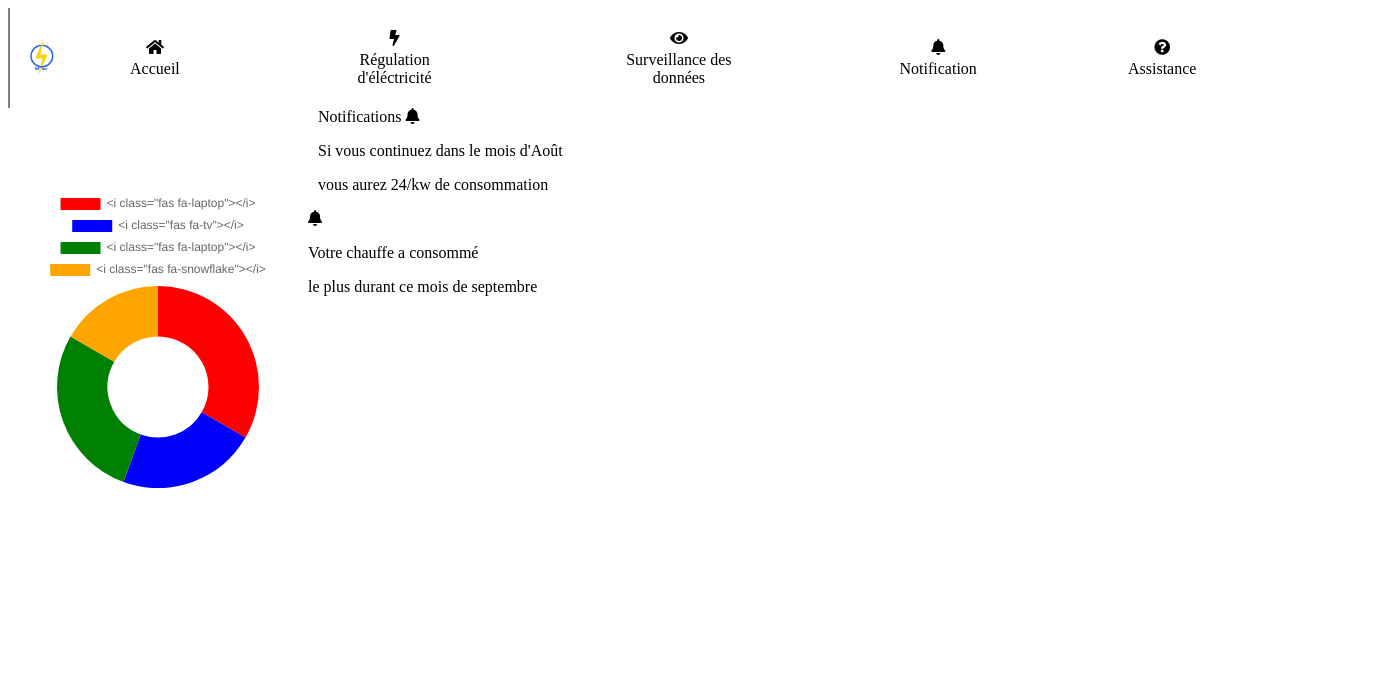
Repository: hamdia200/OSC-Ecowiz
Page: http://localhost/accueil
These files come from the project's save history. The page is drawn as it stood at one moment and after the next save; the edit follows.
The browser window is 1280 px wide. The page is 1280 px wide, then 1379 px, so the pictures cover 1379 px, including what lies to the right of the window. The pictures show the whole page.
The page is served by the project's Laravel application, run on PHP 8.4 with Laravel 10. Other server files are loaded and not shown.

Above is the page before, as saved 2023-08-18 13:41:39.

### routes/web.php
<?php

use Illuminate\Support\Facades\Route;

/*
|--------------------------------------------------------------------------
| Web Routes
|--------------------------------------------------------------------------
|
| Here is where you can register web routes for your application. These
| routes are loaded by the RouteServiceProvider and all of them will
| be assigned to the "web" middleware group. Make something great!
|
*/

Route::get('/', function () {
    return view('welcome');
});

Route::get('/centrale', function () {
    return view('centrale');
});
Route::get('/accueil', function () {
    return view('accueil');
});
Route::get('/inscription', function () {
    return view('inscription');
});
Route::get('/login', function () {
    return view('login');
});
Route::get('/regulation', function () {
    return view('regulation');
});

### resources/views/accueil.blade.php
@extends ("menu")
@section('content')
<div class="container">
<meta charset="UTF-8">
    <meta name="viewport" content="width=device-width, initial-scale=1.0">
    <link rel="stylesheet" href="https://cdnjs.cloudflare.com/ajax/libs/font-awesome/5.15.3/css/all.min.css">
    <script src="https://cdn.jsdelivr.net/npm/chart.js"></script>
    <title>Accueil</title>
    <style>


        .content{
            margin-top: 5rem;
            height: auto;
            float: left;
        }
        .notification-container {
            width: 100%;
            text-align: center;
            margin-top: 20px;
        }



        .alert {
            display: inline-block;
            margin: 0 10px;
        }

    </style>
    <body>
                <div class="row">
                    <div class="col-md-6">
                        <div class="row">
                            <div class="col-xl-3">
                                <div class="content">
                                    <canvas id="myCustomChart"></canvas>
                                </div>

                            </div>

                        </div>

                    </div>

                    <div class="row">
                        <div class="col-xl-3">
                            <div class="notifications-container">
                                <div class="alert">Notifications
                                    <i class="fas fa-bell"></i>
                                    <p> Si vous continuez dans le mois d'Août </p> <p> vous aurez 24/kw de consommation </p>
                                </div>

                                <div class="notifications2">
                                    <i class="fas fa-bell"></i>
                                        <p> Votre chauffe a consommé </p> <p> le plus durant ce mois de septembre </p>
                                <div>

                            </div>
                        </div>
                    </div>
                </div>


                <script>
                    var ctx = document.getElementById('myCustomChart').getContext('2d');
                    var data = {
                        labels: ['<i class="fas fa-laptop"></i>', '<i class="fas fa-tv"></i>', '<i class="fas fa-laptop"></i>', '<i class="fas fa-snowflake"></i>'],
                        datasets: [{
                            data: [30, 20, 25, 15],
                            backgroundColor: [
                                'red',
                                'blue',
                                'green',
                                'orange'
                            ],
                                // hoverBackgroundColor: [
                                // 'url(chemin_vers_image_appareil_1)',
                                // 'url(chemin_vers_image_appareil_2)',
                                // 'url(chemin_vers_image_appareil_3)',
                                // 'url(chemin_vers_image_appareil_4)'
                                // ],
                                borderWidth: 0,
                                hoverBorderWidth: 0
                        }],
                    };

                    var options = {
                        responsive: true,
                        maintainAspectRatio: false,

                    };

                    var myChart = new Chart(ctx, {
                        type: 'doughnut',
                        data: data,
                        options: options,
                    });
                </script>
        </div>
    </body>

    </html>
</div>
@endsection

### resources/views/menu.blade.php
<!DOCTYPE html>
<html>
    <head>
        <meta charset="UTF-8">
        <meta name="viewport" content="width=device-width, initial-scale=1.0">
        <link rel="stylesheet" href="{{asset('bootstrap-5/css/bootstrap.min.css')}}">
        <link rel="stylesheet" href="{{asset('icofont/icofont.min.css')}}">
        <link rel="stylesheet" href="https://cdnjs.cloudflare.com/ajax/libs/font-awesome/5.15.3/css/all.min.css">

        <title>menu</title>
        <style>
        .menu-horizontal {
            list-style-type: none;
            display: flex;
            align-items: center; /* Aligne les éléments au centre horizontalement */
            padding: 0;
            margin: 0;
            border-left: 2px solid gray;
            border-top: none;
            background-color: white;
            height:100px;
        }

        .menu-horizontal li{
            margin: 0 2cm;
            padding: 0;
        }

        .menu-item {
            display: flex;
            flex-direction: column;
            align-items: center;
            justify-content: center;
            border-left: 2p;
        }

        .menu-icon {
            width: 50px;
            height: 50px;
        }

        .menu-text {
            font-size: 16px;
            margin-top: 5px;
            text-align: center;
        }
        .logo {
            padding-left: 20px;
            height: 35px;
        }
        </style>
    </head>

    <body>
        <header>
                <ul class="menu-horizontal fixed-top">
                    <div class="header">
                        <img src="{{asset('/image/ecow.png')}}" alt="" class="logo">
                    </div>
                    <li>
                        <span class="menu-item">
                            <!-- <img src="{{asset('image/elect.png') }}" alt="Icone 1" class="menu-icon"> -->
                            <i class="fas fa-home"></i><span class="menu-text">Accueil</span>
                        </span>
                    </li>
                    <li>
                        <span class="menu-item">
                            <!-- <img src="{{asset('image/donnee.png') }}" alt="Icone 1" class="menu-icon"> -->
                            <i class="fas fa-bolt"></i><span class="menu-text">Régulation d'éléctricité </span>
                        </span>
                    </li>

                    <li>
                        <span class="menu-item">
                            <!-- <img src="{{asset('image/donnee.png') }}" alt="Icone 1" class="menu-icon"> -->
                            <i class="fas fa-eye"></i><span class="menu-text">Surveillance des données </span>
                        </span>
                    </li>
                    <li>
                        <span class="menu-item">
                            <!-- <img src="{{asset('image/sup.png') }}" alt="Icone 1" class="menu-icon"> -->
                            <i class="fas fa-bell"></i><span class="menu-text">Notification</span>
                        </span>
                    </li>
                    <li>
                        <span class="menu-item">
                            <!-- <img src="{{asset('image/assist.png') }}" alt="Icone 1" class="menu-icon"> -->
                            <i class="fas fa-question-circle"></i><span class="menu-text">Assistance</span>
                        </span>
                    </li>
                </ul>

        </header>
        <div class="container">
                @yield('content')
        </div>

    </body>


</html>

After the next save:
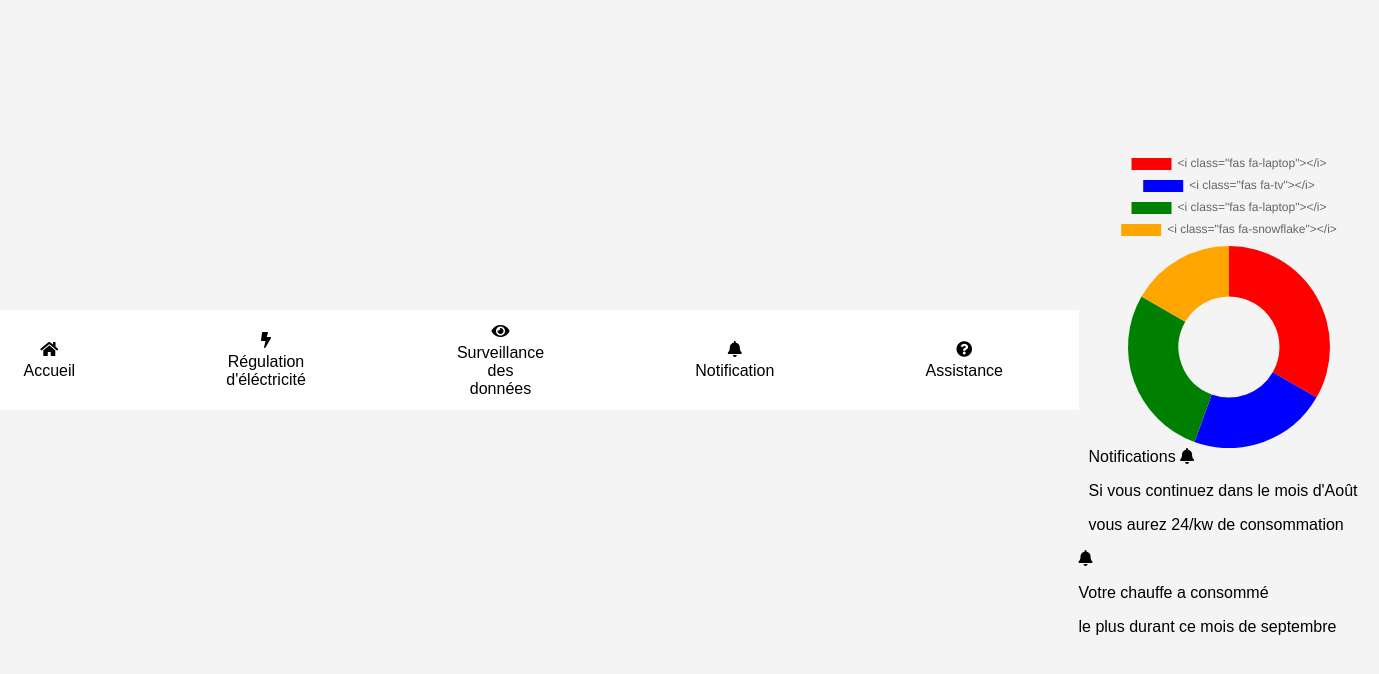
Saved 28 s later.
--- a/resources/views/accueil.blade.php
+++ b/resources/views/accueil.blade.php
@@ -7,7 +7,16 @@
     <script src="https://cdn.jsdelivr.net/npm/chart.js"></script>
     <title>Accueil</title>
     <style>
-
+body {
+            font-family: Arial, sans-serif;
+            margin: 0;
+            padding: 0;
+            background-color: #f4f4f4;
+            display: flex;
+            justify-content: center;
+            align-items: center;
+            min-height: 100vh;
+        }
 
         .content{
             margin-top: 5rem;
